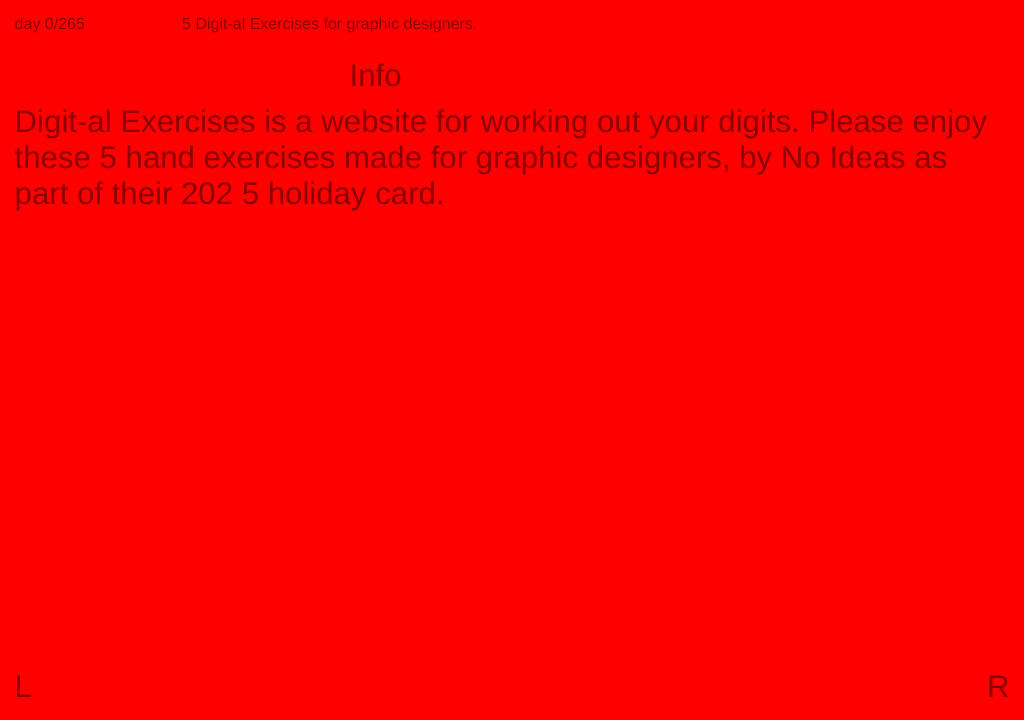
Repository: NoIdeasStudio/holiday-card-2024
Page: info.html
The author's editor kept a copy of each file at every save. The page is drawn from the files as they stood at one save, then again after the next save.
The browser window is 1024 px wide. The pictures show the whole page.

Above is the page before, as saved 2024-12-12 16:20:03.

### info.html
<!DOCTYPE html>
<html lang="en">
<head>
    <meta charset="UTF-8">
    <meta name="viewport" content="width=device-width, initial-scale=1.0">
    <title>Info</title>
    <link rel="stylesheet" href="style.css">
    <style>
        body {background-color:red;}
      </style>
</head>
<body>

    <div class="wrapper">


        <header class="small-text header-1">day 0/265</header>
        <header class="small-text header-2">5 Digit-al Exercises for graphic designers.</header>

        <!-- Preview -->
        <content class="large-text content-header-1">Preview</content>
        <footer class="large-text content-footer-2">L R</footer>

        <!-- Info -->
        <content class="large-text content-header-2">Info</content>
        <content class="large-text content-header-2-mobile">Info</content>
                <div class="large-text content-info">Digit-al Exercises is a website for working out your digits. Please enjoy these 5 hand exercises made for graphic designers, by No Ideas as part of their 202 5 holiday card. </div>
        <content class="large-text content-header-4"><a href="./exercise-1.html">Back</a></content>
        <content class="large-text content-header-4-mobile"><a href="./exercise-1.html">Back</a></content>

    </div>

</body>

<!-- <script src="./p5.min.js" async defer></script>
<script src="https://unpkg.com/ml5@1/dist/ml5.js" async defer></script>
<script src="./sketch.js" async defer></script> -->

</html>

### style.css

* {
    box-sizing: border-box;
    color: #8D0000;
    margin: 0%;
    padding: 0%;
  }
  body{
    background-color: transparent;
  }
  .wrapper {
    height: 100vh;
    width: 100vw;
    position: fixed;
    margin: 0 auto;
    display: grid;
    grid-template-columns: repeat(6, [col-start] 4fr);
    grid-template-rows: repeat(16, [row-start] 4fr);
    gap: .8rem;
    padding: .6rem;

  }

  .back{
    background-color: #FF0000;
    width: 100vw;
    height: 100vh;
    z-index: -3;
  }

  /* all the landmarks */

  .landmark-div {
    position: absolute;
    transform: translate(-50%, -50%); /* Center the div at the wrist position */
  }

  .wrapper > * {
    padding: 5px;
  }

  .popup{
    /* position: fixed; */
    position: absolute;
    background-color: #8D0000;
    text-align: center;
    justify-content: center;
    grid-column: col-start 3 / span 2;
    padding: .5em;
    grid-row: 6;
  }
  #got-it{
    color: #FF0000;
  }

  .large-text{
    font: 1.95em Helvetica, arial, sans-serif;
  }
  .large-text-light{
    font: 1.95em Helvetica, arial, sans-serif;
    color: #FF0000;
  }
  .small-text{
    font: 1em Helvetica, arial, sans-serif;
  }
  a{
    text-decoration: none;
  }
  a:hover{
    text-decoration: underline dashed ;
    text-underline-offset: .15em;
  }

  span{
    text-decoration: none;
  }
  span:hover{
    text-decoration: underline dashed ;
    text-underline-offset: .15em;
  }

  .header-1{
    grid-column: col-start 1 / span 1;
    grid-row: 1 / 1;
  }
  .header-2{
    grid-column: col-start 2 / span 1;
    grid-row: 1 / 1;
  }
  .header-3{
    grid-column: col-start 6 / span 1;
    grid-row: 1 / 1;
    text-align: right;
  }

    /* Preview */
    .content-header-1{
        grid-column: col-start 1 / span 1;
        grid-row: 2 ;
    }
            .img-1{
                grid-column: col-start 1 / span 1;
                grid-row: 3 / 6;
            }
            .img-2{
                grid-column: col-start 1 / span 1;
                grid-row: 6/ 9;
            }
            .img-3{
                grid-column: col-start 1 / span 1;
                grid-row: 9 / 12;
            }
            .img-4{
                grid-column: col-start 1 / span 1;
                grid-row: 12 / 15;
            }

/* Movement */
  .content-header-2{
    grid-column: col-start 3 / span 2;
    grid-row: 2 ;
    display: block;
  }
  .content-header-2-mobile{
    grid-column: col-start 3 / span 2;
    grid-row: 2 ;
    display: none;
  }
            .movement-video{
                background-color: transparent;
                grid-column: col-start 3 / span 3;
                grid-row: 3 / 16 ;
            }

            .content-info{
                grid-column: col-start 3 / span 3;
                grid-row: 3 / 16 ;
            }

  .content-header-3{
    grid-column: col-start 5 / span 1;
    grid-row: 2 ;
    text-align: right;
    z-index: 2;
  }

            canvas {
                width: 100vw;  /* Set width to 100% of the viewport width */
                height: 120vh; /* Set height to 100% of the viewport height */
                position: fixed;
                margin: 0%;
                padding: 0em;
                left: 0em;
                top: 0em;
                z-index: -2;
             }
            video{
                display: none;
            }


  .content-header-4{
    grid-column: col-start 6 / span 1;
    grid-row: 2 ;
    text-align: right;
  }
  .content-header-4-mobile{
    grid-column: col-start 6 / span 1;
    grid-row: 2 ;
    text-align: right;
    display: none;
  }

  .content-footer-1{
    grid-column: col-start 1 / span 1;
    grid-row: 15 ;
    text-align-last: justify;
    vertical-align: bottom;
  }
  .content-footer-2{
    grid-column: col-start 1 / span 1;
    grid-row: 16 ;
    text-align-last: justify;
    vertical-align: bottom;
  }
  .content-footer-3{
    grid-column: col-start 3 / span 2;
    grid-row: 16 ;
  }
  .content-footer-4{
    grid-column: col-start 5 / span 2;
    grid-row: 16 ;
    text-align: right;
  }

  .content-footer-4b{
    grid-column: col-start 5 / span 2;
    grid-row: 16 ;
    text-align: right;
  }



  @media (max-width: 1070px) {

    .wrapper {
        height: 100vh;
        width: 100vw;
        position: fixed;
        margin: 0 auto;
        display: grid;
        grid-template-columns: repeat(6, [col-start] 4fr);
        grid-template-rows: repeat(16, [row-start] 4fr);
        gap: 0rem;
        padding: .6rem;
      }

      .popup{
        /* position: fixed; */
        position: absolute;
        background-color: #8D0000;
        text-align: center;
        justify-content: center;
        grid-column: col-start 2 / span 4;
        padding: .5em;
        grid-row: 4 / 6;
      }

      .header-1{
        grid-column: col-start 1 / span 1;
        grid-row: 1 / 1;
      }

      .header-2{
        grid-column: col-start 2 / span 2;
        grid-row: 1 / 1;
      }

      .header-3{
        grid-column: col-start 6 / span 1;
        grid-row: 1 / 1;
        text-align: right;
      }

    /* Preview */
    .content-header-1{
        grid-column: col-start 2 / span 4;
        grid-row: 13 / 16 ;
        display: none;
    }
            .img-1{
                grid-column: col-start 2 / span 1;
                grid-row: 14 / 16;
                vertical-align: bottom;
            }
            .img-2{
                grid-column: col-start 3 / span 1;
                grid-row: 14 / 16;
                vertical-align: bottom;
            }
            .img-3{
                grid-column: col-start 4 / span 1;
                grid-row: 14 / 16;
                vertical-align: bottom;
            }
            .img-4{
                grid-column: col-start 5 / span 1;
                grid-row: 14 / 16;
                vertical-align: bottom;
            }

.content-header-2{
    display: none;
}
.content-header-2-mobile{
    grid-column: col-start 3 / span 2;
    grid-row: 2 ;
    display: block;
  }
        .movement-video{
            background-color: transparent;
            grid-column: col-start 1 / span 6;
            grid-row: 3 / 14 ;
        }

        .content-info{
            grid-column: col-start 1 / span 6;
            grid-row: 3 / 16 ;
        }

 .content-header-3{
    grid-column: col-start 1 / span 1;
    grid-row: 2 ;
    text-align: left;
    z-index: 2;
 }

                        canvas {
                            width: 100vw;  /* Set width to 100% of the viewport width */
                            height: 100vh; /* Set height to 100% of the viewport height */
                            position: fixed;
                            margin: 0%;
                            padding: 0em;
                            left: 0em;
                            top: 0em;
                            z-index: -2;
                         }
                        video{
                            display: none;
                        }


  .content-header-4{
    display: none;
  }

  .content-footer-1{
    grid-column: col-start 1 / span 6;
    grid-row: 15 ;
    text-align-last: justify;
    vertical-align: bottom;
  }
  .content-footer-2{
    grid-column: col-start 1 / span 6;
    grid-row: 16 ;
    text-align-last: justify;
    vertical-align: bottom;
  }
  .content-footer-3{
    display: none;
  }
  .content-footer-4{
    grid-column: col-start 5 / span 2;
    grid-row: 2 ;
    text-align: right;
  }

  .content-footer-4b{
    grid-column: col-start 5 / span 2;
    grid-row: 12 ;
    text-align: right;
  }

  }

After the next save:
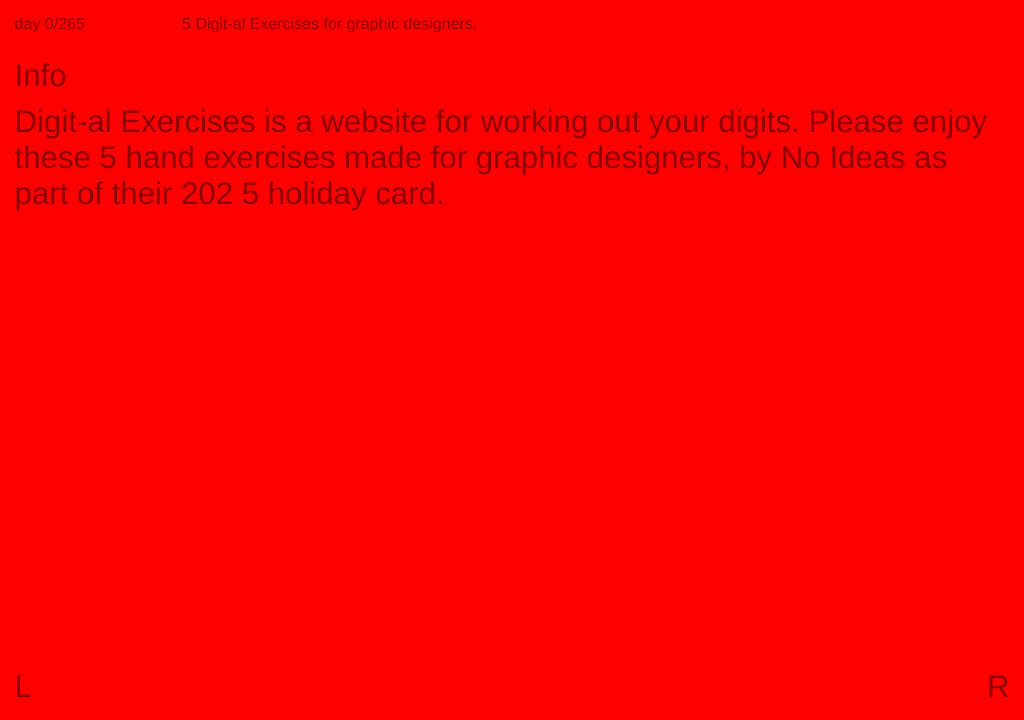
Saved 7 s later.
--- a/style.css
+++ b/style.css
@@ -273,7 +273,7 @@
     display: none;
 }
 .content-header-2-mobile{
-    grid-column: col-start 3 / span 2;
+    grid-column: col-start 1 / span 2;
     grid-row: 2 ;
     display: block;
   }
